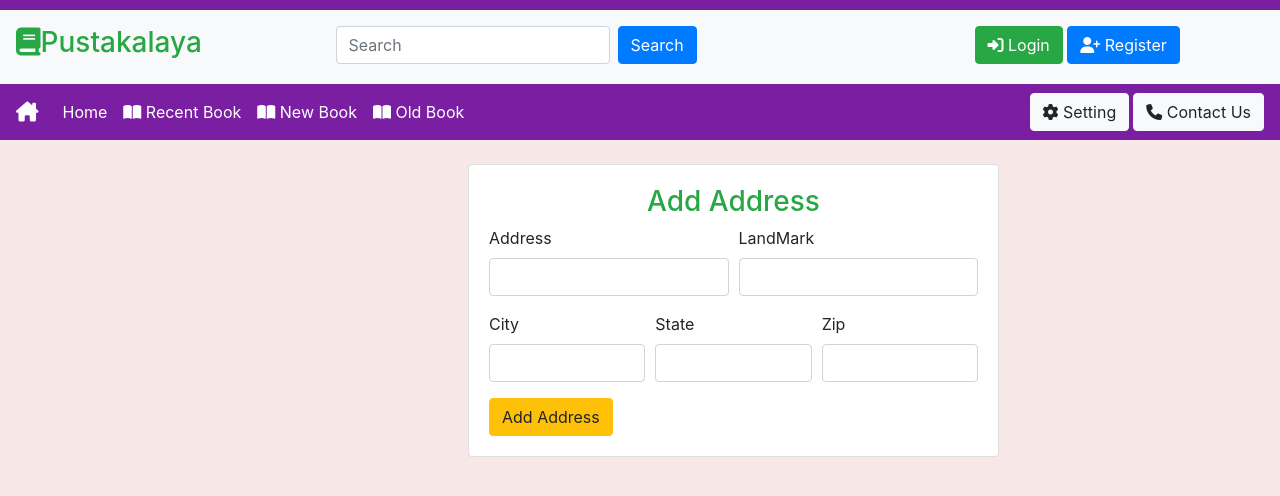
Repository: kalaprabhakar/Pustakalay_Web_Application
Page: http://localhost/E_Book_Management/user_address.jsp
An editor plug-in stored every save of this project. The page is shown before and after the next save, followed by the edit.
The browser window is 1280 px wide. The pictures show the whole page.
Some web libraries are served in a nearby version. The page is served by Tomcat 10.

Above is the page before, as saved 2024-02-28 14:58:32.

After the next save:
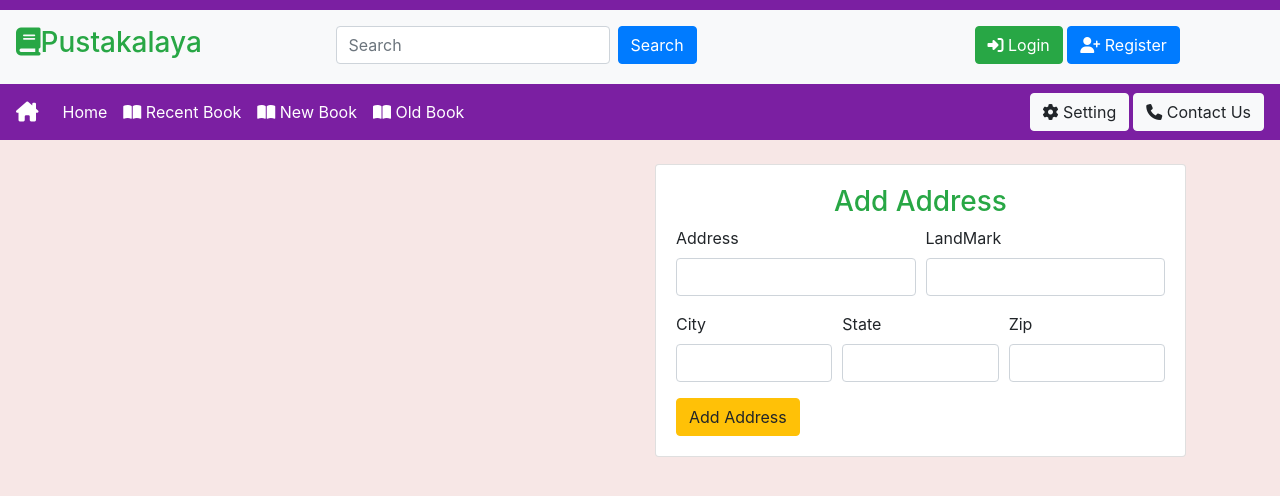
Saved 26 s later.
--- a/E_Book_Management/src/main/webapp/user_address.jsp
+++ b/E_Book_Management/src/main/webapp/user_address.jsp
@@ -13,7 +13,7 @@
 
 	<div class="container p-4">
 		<div class="row">
-			<div class="col-md-6 offset-md-4">
+			<div class="col-md-6 offset-md-6">
 				<div class="card ">
 					<div class="card-body">
 					<h3 class="text-center text-success">Add Address</h3>
